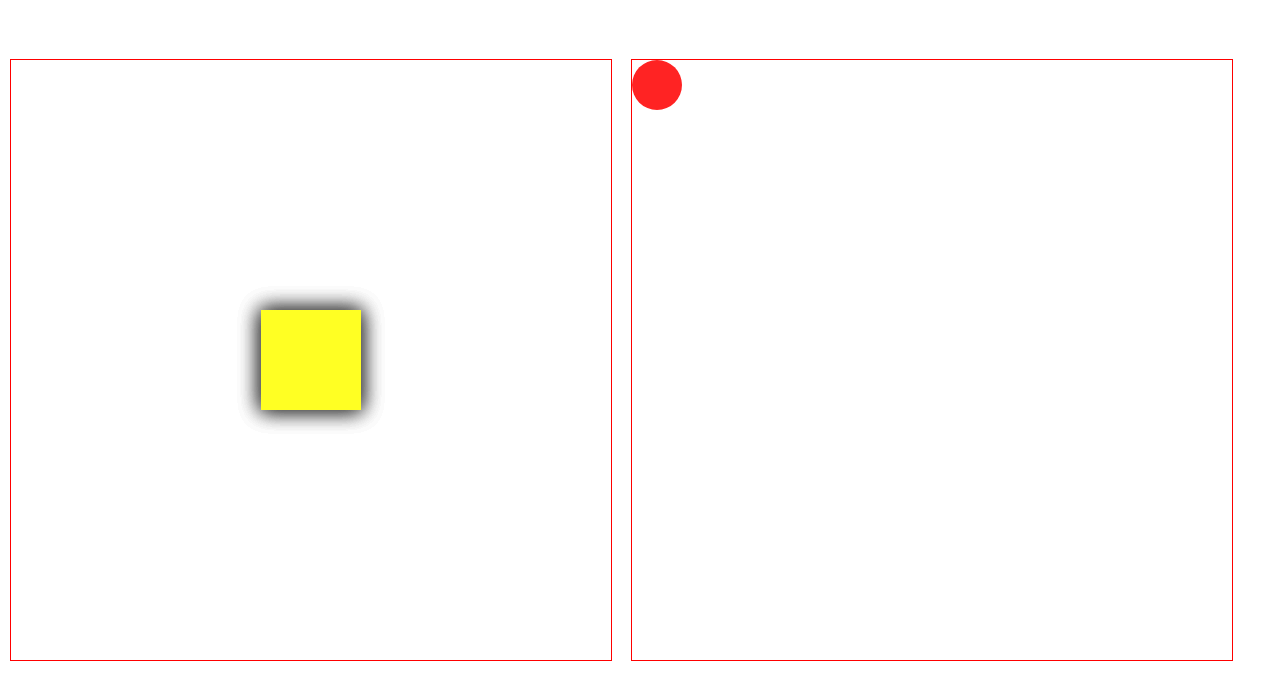
Repository: randgars/game
Page: index.html
These files come from the project's save history. The page is drawn as it stood at one moment and after the next save; the edit follows.
The browser window is 1280 px wide. The pictures show the whole page.

Above is the page before, as saved 2017-09-29 11:17:57.

After the next save:
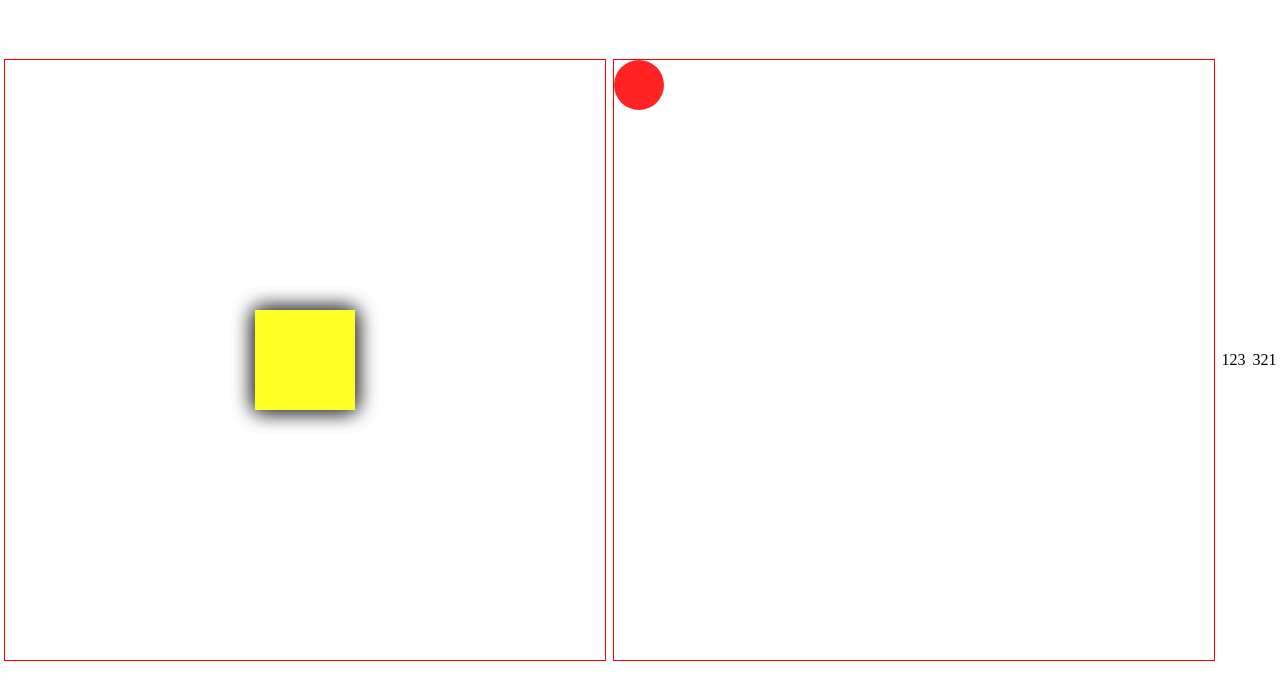
Saved 8 s later.
--- a/index.html
+++ b/index.html
@@ -19,7 +19,7 @@
         <div class="circle"></div>
 
     </div>
-    <span id="x"></span>
-    <span id="y"></span>
+    <span id="x">123</span>
+    <span id="y">321</span>
 </body>
 </html>
